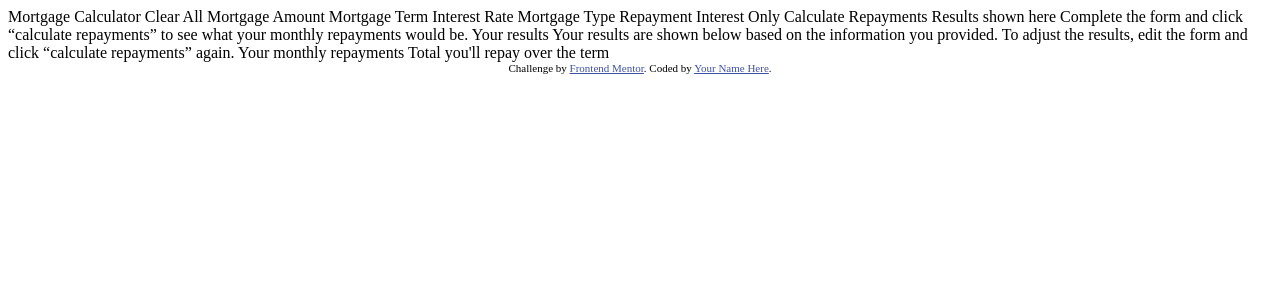
Repository: emmanuelRitzler/mortgage-calculator
Page: assets/views/index.html
The author's editor kept a copy of each file at every save. The page is drawn from the files as they stood at one save, then again after the next save.
The browser window is 1280 px wide. The pictures show the whole page.

Above is the page before, as saved 2024-07-09 02:50:55.

### assets/views/index.html
<!DOCTYPE html>
<html lang="en">
<head>
  <meta charset="UTF-8">
  <meta name="viewport" content="width=device-width, initial-scale=1.0"> <!-- displays site properly based on user's device -->

  <link rel="icon" type="image/png" sizes="32x32" href="./assets/images/favicon-32x32.png">

  <title>Frontend Mentor | Mortgage repayment calculator</title>

  <!-- Feel free to remove these styles or customise in your own stylesheet 👍 -->
  <style>
    .attribution { font-size: 11px; text-align: center; }
    .attribution a { color: hsl(228, 45%, 44%); }
  </style>
</head>
<body>

  Mortgage Calculator
  Clear All

  Mortgage Amount

  Mortgage Term

  Interest Rate

  Mortgage Type
  Repayment
  Interest Only

  Calculate Repayments

  <!-- Empty results start -->

  Results shown here

  Complete the form and click “calculate repayments” to see what
  your monthly repayments would be.

  <!-- Empty results end -->

  <!-- Completed results start -->

  Your results

  Your results are shown below based on the information you provided.
  To adjust the results, edit the form and click “calculate repayments” again.

  Your monthly repayments

  Total you'll repay over the term

  <!-- Completed results end -->

  <div class="attribution">
    Challenge by <a href="https://www.frontendmentor.io?ref=challenge">Frontend Mentor</a>.
    Coded by <a href="#">Your Name Here</a>.
  </div>
</body>
</html>

After the next save:
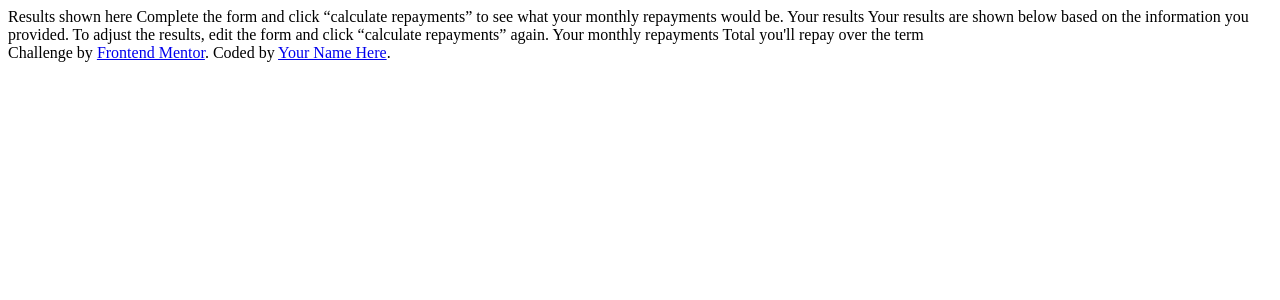
Saved 326 days later.
--- a/assets/views/index.html
+++ b/assets/views/index.html
@@ -8,11 +8,7 @@
 
   <title>Frontend Mentor | Mortgage repayment calculator</title>
 
-  <!-- Feel free to remove these styles or customise in your own stylesheet 👍 -->
-  <style>
-    .attribution { font-size: 11px; text-align: center; }
-    .attribution a { color: hsl(228, 45%, 44%); }
-  </style>
+  <!-- Feel free to remove these styles or customise in your own stylesheet 👍 --
 </head>
 <body>
 
